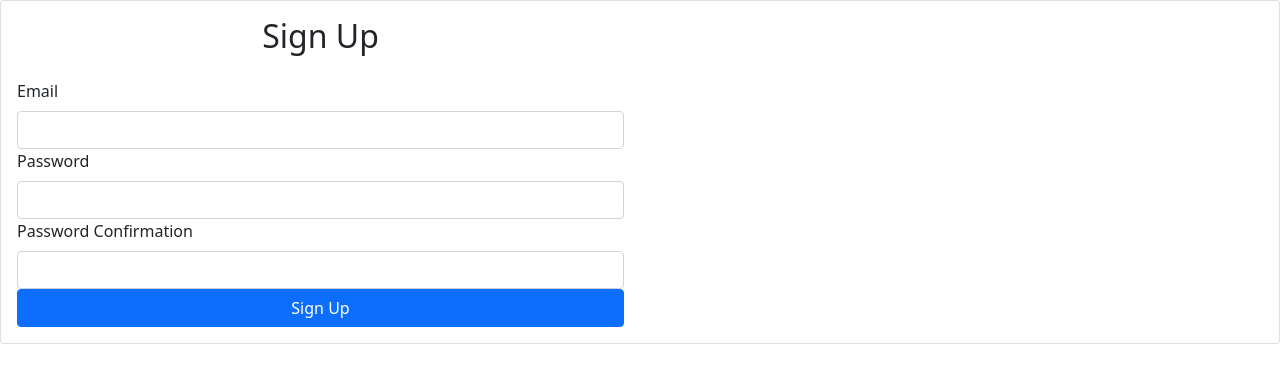
Repository: carinvid/reach-eshop
Page: /signup
The author's editor kept a copy of each file at every save. The page is drawn from the files as they stood at one save, then again after the next save.
The browser window is 1280 px wide. The pictures show the whole page.
The page's requests for data from a server got no answer. The project was rebuilt for these pictures with package versions that can differ from the ones it lists, and the page was loaded fresh each time. No one was signed in, and anything a server would have sent is missing. Also part of the build but not shown: src/Header.css, src/Header.js, src/Home.css, src/Product.css, src/Product.js, src/Home.js, src/Checkout.css, src/CheckoutProduct.css and 7 more.

Above is the page before, as saved 2022-04-06 15:38:46.

After the next save:
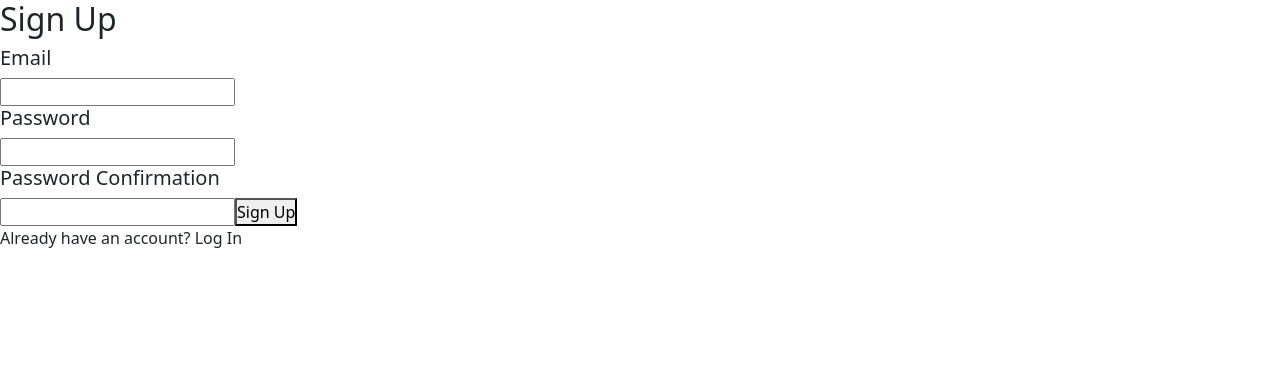
Saved 17 min 51 s later.
--- a/src/Signup.js
+++ b/src/Signup.js
@@ -9,27 +9,26 @@ export default function Signup() {
 
   return (
     <>
-    <Card className="expand-lg navbar-light fixed-top">
-        <Card.Body className="w-50">
-            <h2 className="text-center mb-4">Sign Up</h2>
-            <Form >
-                    <Form.Group id= 'email'>
-                        <Form.Label>Email</Form.Label>
-                        <Form.Control type="email" ref={emailRef} required ></Form.Control>
-                    </Form.Group>
-                    <Form.Group id="password">
-                        <Form.Label>Password</Form.Label>
-                        <Form.Control type="password" ref={passwordRef} required ></Form.Control>
-                    </Form.Group>
-                    <Form.Group id="password-confirm">
-                        <Form.Label>Password Confirmation</Form.Label>
-                        <Form.Control type="password" ref={passwordConfirmRef} required ></Form.Control>
-                    </Form.Group>
-                    <Button className="w-100" type="submit">Sign Up</Button>
-            </Form>
-        </Card.Body>
-    </Card>
-    <div className="w-100 text-center mt-2">
+    <div className="signup">
+        <div className="signup-container">
+            <h2>Sign Up</h2>
+            <form >
+                        <h5>Email</h5>
+                        <input type="email" ref={emailRef} required />
+                        <h5>Password</h5>
+
+                        <input type="password" ref={passwordRef} required />
+
+
+                        <h5>Password Confirmation</h5>
+                        <input type="password" ref={passwordConfirmRef} required />
+
+                    <button type="submit">Sign Up</button>
+            </form>
+        </div>
+    </div>
+
+    <div className="goToLogin">
         Already have an account? Log In
     </div>
     </>
